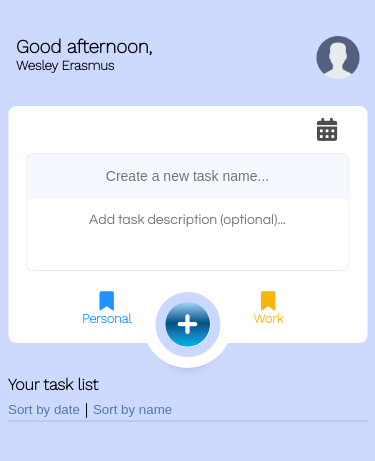
Repository: WesleyErasmus/Todo-App
Page: todoApp.html
The author's editor kept a copy of each file at every save. The page is drawn from the files as they stood at one save, then again after the next save.
The browser window is 375 px wide. The pictures show the whole page.
Some web libraries are served in a nearby version.

Above is the page before, as saved 2022-06-25 12:07:22.

After the next save:
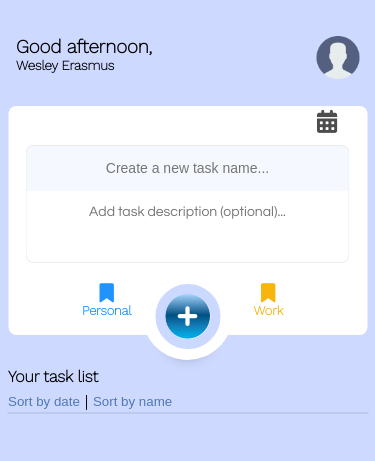
Saved 8 s later.
--- a/source/css/todoApp.css
+++ b/source/css/todoApp.css
@@ -713,7 +713,7 @@
 #task-list-form {
   background-color: var(--light-background);
   border-radius: 0.5rem;
-  padding-top: 1.5rem;
+  padding-top: 1rem;
   margin: 0;
 }
 

After the save that followed:
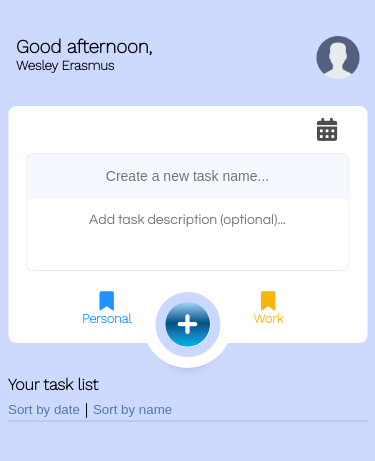
Saved 10 s later.
--- a/source/css/todoApp.css
+++ b/source/css/todoApp.css
@@ -713,7 +713,7 @@
 #task-list-form {
   background-color: var(--light-background);
   border-radius: 0.5rem;
-  padding-top: 1rem;
+  padding-top: 1.5rem;
   margin: 0;
 }
 
